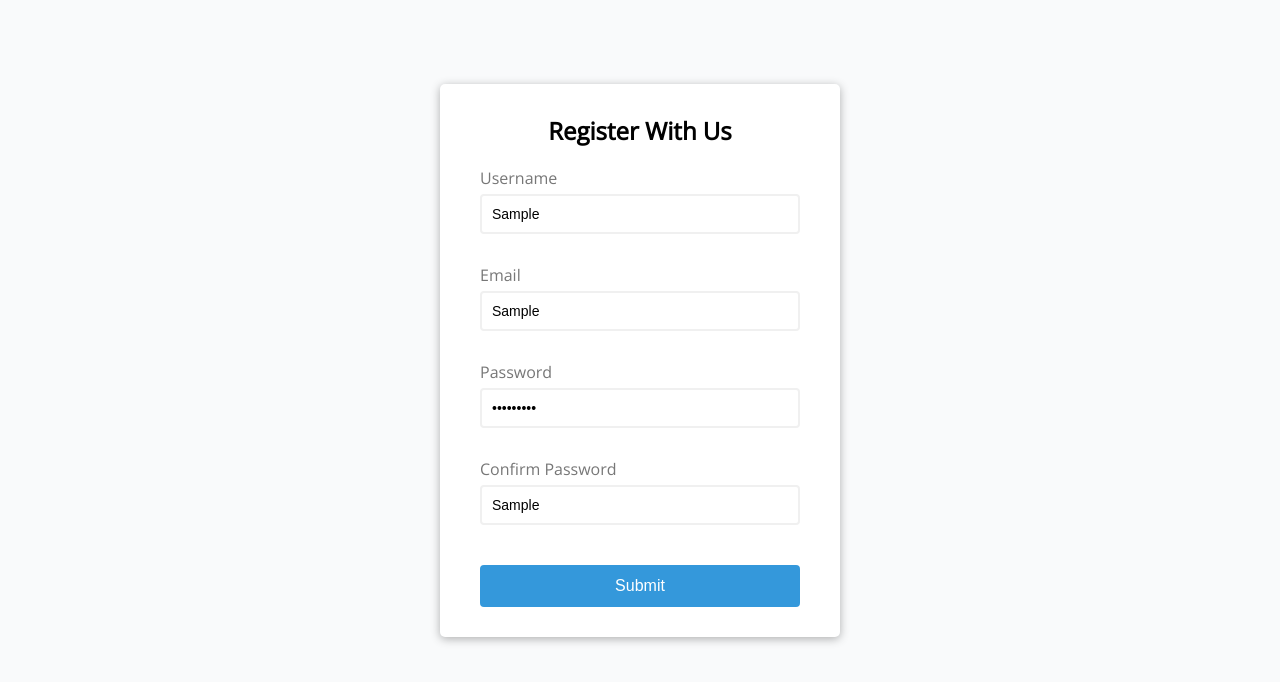
Repository: Youvelop/formValidator
Page: index.html
An editor plug-in stored every save of this project. The page is shown before and after the next save, followed by the edit.
The browser window is 1280 px wide. The pictures show the whole page.
Empty fields were first filled with sample values (such as "Sample", 5 or name@example.com).
After loading, the first visible `#form` was submitted once.

Above is the page before, as saved 2020-06-25 19:14:24.
Console error: ReferenceError: showSuccess is not defined

After the next save:
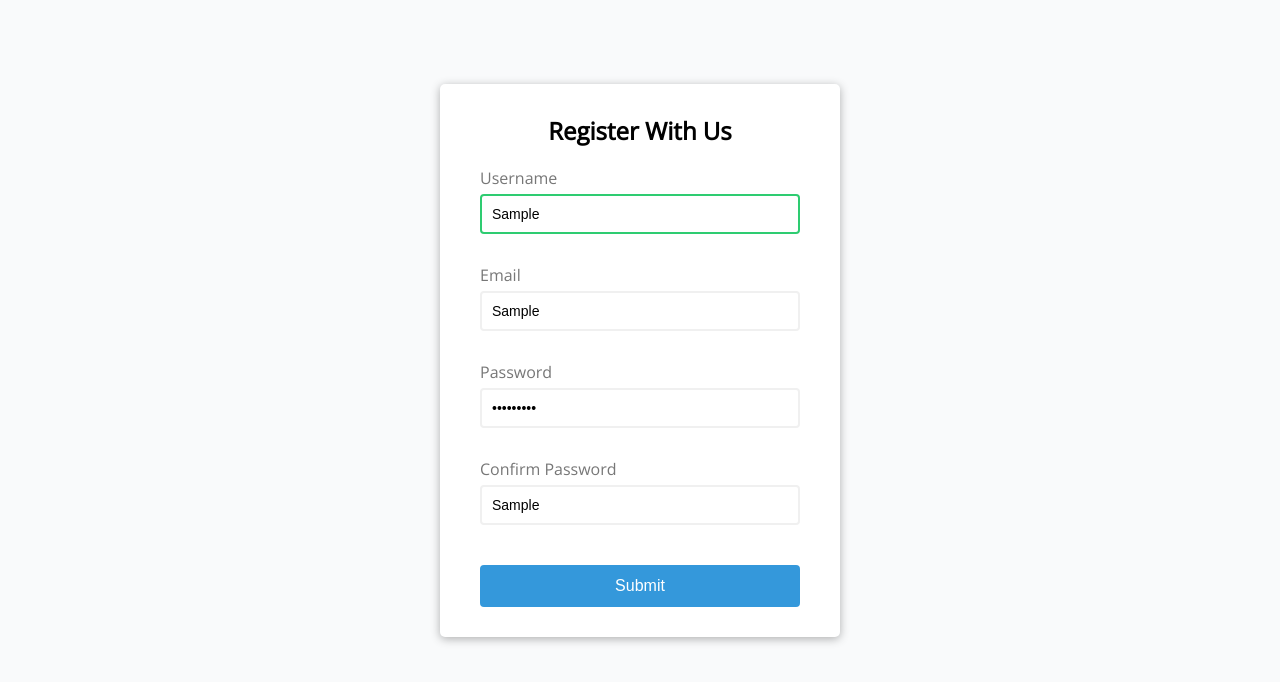
The error is gone.
Saved 119 s later.
--- a/app.js
+++ b/app.js
@@ -14,6 +14,12 @@ function showError(input, message) {
   small.innerText = message;
 }
 
+// Show success outline
+function showSuccess(input) {
+  const formControl = input.parentElement;
+  formControl.className = 'form-control success';
+}
+
 // Event Listeners
 form.addEventListener('submit', function (e) {
   e.preventDefault();
